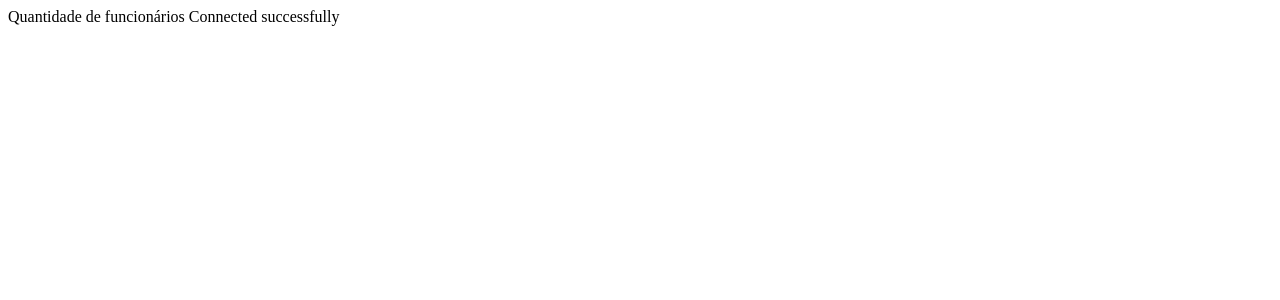
Repository: raphaelLacerda/estudos
Page: http://localhost/php/banco.php
An editor plug-in stored every save of this project. The page is shown before and after the next save, followed by the edit.
The browser window is 1280 px wide. The pictures show the whole page.
The page is run by PHP 8.4 with error messages shown; the project is at /var/www/html/.

Above is the page before, as saved 2017-08-18 16:07:22.

### php/banco.php
<!DOCTYPE html>
<html lang="en">
<head>
    <meta charset="UTF-8">
    <title>Document</title>
</head>
<body>
    Quantidade de funcionários


    <?php
//Mysqli --> improved
//PDO --> PHP Data Objects
//PDO will work on 12 different database systems, whereas MySQLi will only work with MySQL databases.
$servername = "localhost:3306";
$username = "root";
$password = "root";
/*
// Create connection
$conn = new mysqli($servername, $username, $password);

// Check connection
if ($conn->connect_error) {
    die("Connection failed: " . $conn->connect_error);
}
echo "Connected successfully";
*/

//phpinfo();
try {
    $conn = new \PDO("mysql:host={$servername};dbname=arh", $username, $password);
    // set the PDO error mode to exception
    $conn->setAttribute(\PDO::ATTR_ERRMODE, \PDO::ERRMODE_EXCEPTION);
    echo "Connected successfully";
} catch (\PDOException $e) {
    echo "Connection failed: " . $e->getMessage();
}
?>
</body>
</html>

After the next save:
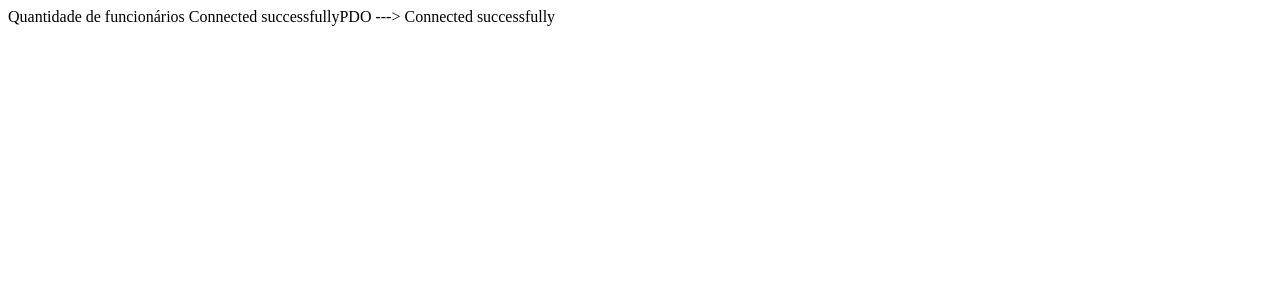
Saved 3 min 15 s later.
--- a/php/banco.php
+++ b/php/banco.php
@@ -15,7 +15,7 @@
 $servername = "localhost:3306";
 $username = "root";
 $password = "root";
-/*
+
 // Create connection
 $conn = new mysqli($servername, $username, $password);
 
@@ -24,14 +24,14 @@ if ($conn->connect_error) {
     die("Connection failed: " . $conn->connect_error);
 }
 echo "Connected successfully";
-*/
+
 
 //phpinfo();
 try {
     $conn = new \PDO("mysql:host={$servername};dbname=arh", $username, $password);
     // set the PDO error mode to exception
     $conn->setAttribute(\PDO::ATTR_ERRMODE, \PDO::ERRMODE_EXCEPTION);
-    echo "Connected successfully";
+    echo "PDO ---> Connected successfully";
 } catch (\PDOException $e) {
     echo "Connection failed: " . $e->getMessage();
 }
